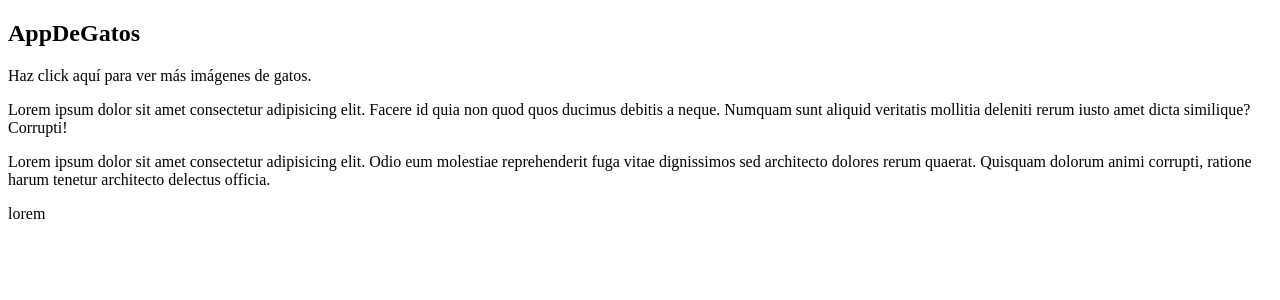
Repository: pedro-donoso/curso-html---css
Page: index.html
The author's editor kept a copy of each file at every save. The page is drawn from the files as they stood at one save, then again after the next save.
The browser window is 1280 px wide. The pictures show the whole page.

Above is the page before, as saved 2023-11-03 10:15:31.

After the next save:
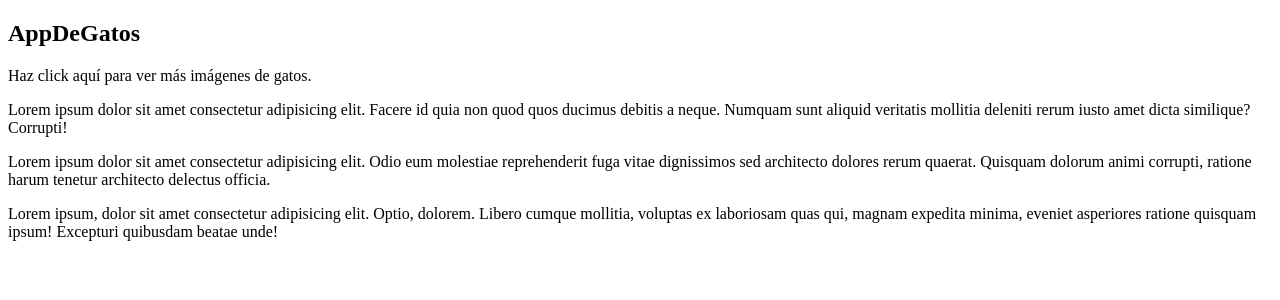
Saved 4 s later.
--- a/index.html
+++ b/index.html
@@ -10,7 +10,7 @@
     <p>Haz click aquí para ver más imágenes de gatos.</p>
     <p>Lorem ipsum dolor sit amet consectetur adipisicing elit. Facere id quia non quod quos ducimus debitis a neque. Numquam sunt aliquid veritatis mollitia deleniti rerum iusto amet dicta similique? Corrupti!</p>
     <p>Lorem ipsum dolor sit amet consectetur adipisicing elit. Odio eum molestiae reprehenderit fuga vitae dignissimos sed architecto dolores rerum quaerat. Quisquam dolorum animi corrupti, ratione harum tenetur architecto delectus officia.</p>
-    <p>lorem</p>
+    <p>Lorem ipsum, dolor sit amet consectetur adipisicing elit. Optio, dolorem. Libero cumque mollitia, voluptas ex laboriosam quas qui, magnam expedita minima, eveniet asperiores ratione quisquam ipsum! Excepturi quibusdam beatae unde!</p>
 
 </body>
 </html>
